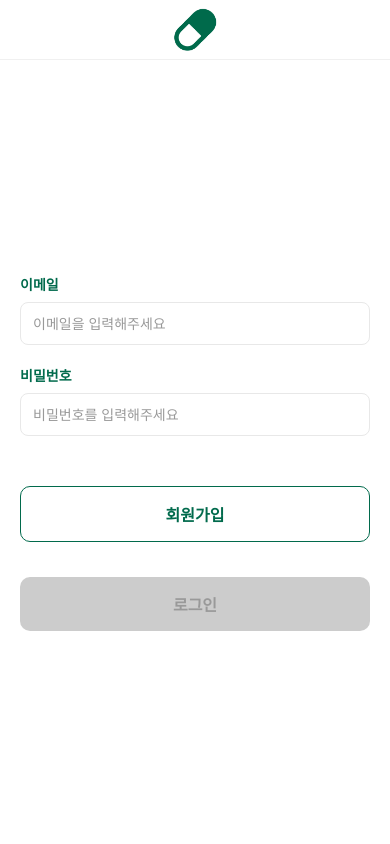
Repository: Sesac-icare/FrontEndiCare
Screen: / (app in iCare/)
The author's editor kept a copy of each file at every save. The screen is drawn from the files as they stood at one save, then again after the next save.
The app was drawn by React Native's web renderer in a window 390 px wide. The project was rebuilt for these pictures with package versions that can differ from the ones it lists, and the page was loaded fresh each time. Some packages were replaced by stand-ins written for this rebuild. Also part of the build but not shown: iCare/components/Header.js, iCare/components/Contents.js, iCare/components/HospitalList.js, iCare/components/PharmacyList.js, iCare/components/MyPage.js, iCare/components/auth/SignUp.js, iCare/components/DocumentStorage.js.

Above is the screen before, as saved 2025-02-06 10:58:25.

After the next save:
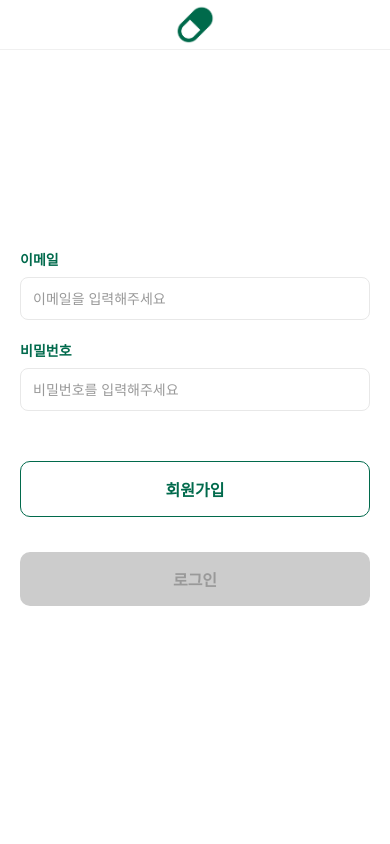
Saved 25 min 50 s later.
--- a/iCare/components/auth/Login.js
+++ b/iCare/components/auth/Login.js
@@ -125,7 +125,7 @@ const styles = StyleSheet.create({
     backgroundColor: "#fff"
   },
   header: {
-    height: 60,
+    height: 50,
     flexDirection: "row",
     alignItems: "center",
     justifyContent: "center",
@@ -134,13 +134,14 @@ const styles = StyleSheet.create({
     backgroundColor: "#fff"
   },
   logo: {
-    width: 48,
-    height: 48
+    width: 40,
+    height: 40
   },
   content: {
     flex: 1,
     padding: 20,
-    justifyContent: "center"
+    justifyContent: "center",
+    marginTop: -40
   },
   inputSection: {
     marginBottom: 20
